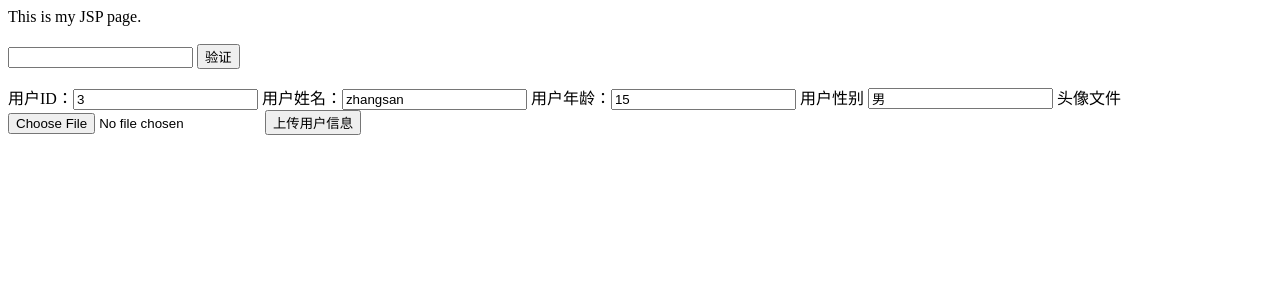
Repository: ruanhuabin/IntelliEyeShade
Page: http://localhost/IntelliEyeShade/devices/devices_test.jsp
These files come from the project's save history. The page is drawn as it stood at one moment and after the next save; the edit follows.
The browser window is 1280 px wide. The pictures show the whole page.
The page is served by Tomcat 9. Nobody is signed in. The application's start-up code is not run.

Above is the page before, as saved 2016-12-15 02:27:47.

After the next save:
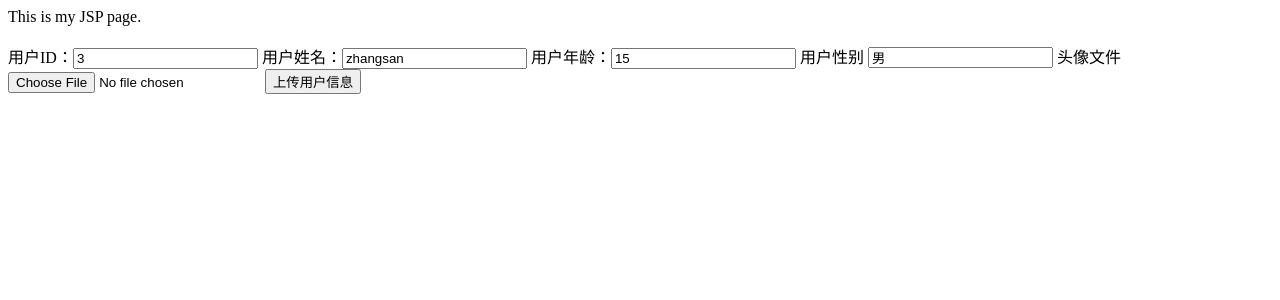
Saved 41 min 40 s later.
--- a/IntelliEyeShade/WebRoot/devices/devices_test.jsp
+++ b/IntelliEyeShade/WebRoot/devices/devices_test.jsp
@@ -25,10 +25,7 @@ String basePath = request.getScheme()+"://"+request.getServerName()+":"+request.
   <body>
     This is my JSP page. <br>
     <br>
-  <form action="users/Users_verifyUser.action" method="post">
-  <input type="text" name="phoneNum"/>
-  <input type="submit" value="验证"/>
-  </form>
+
 
 
 
